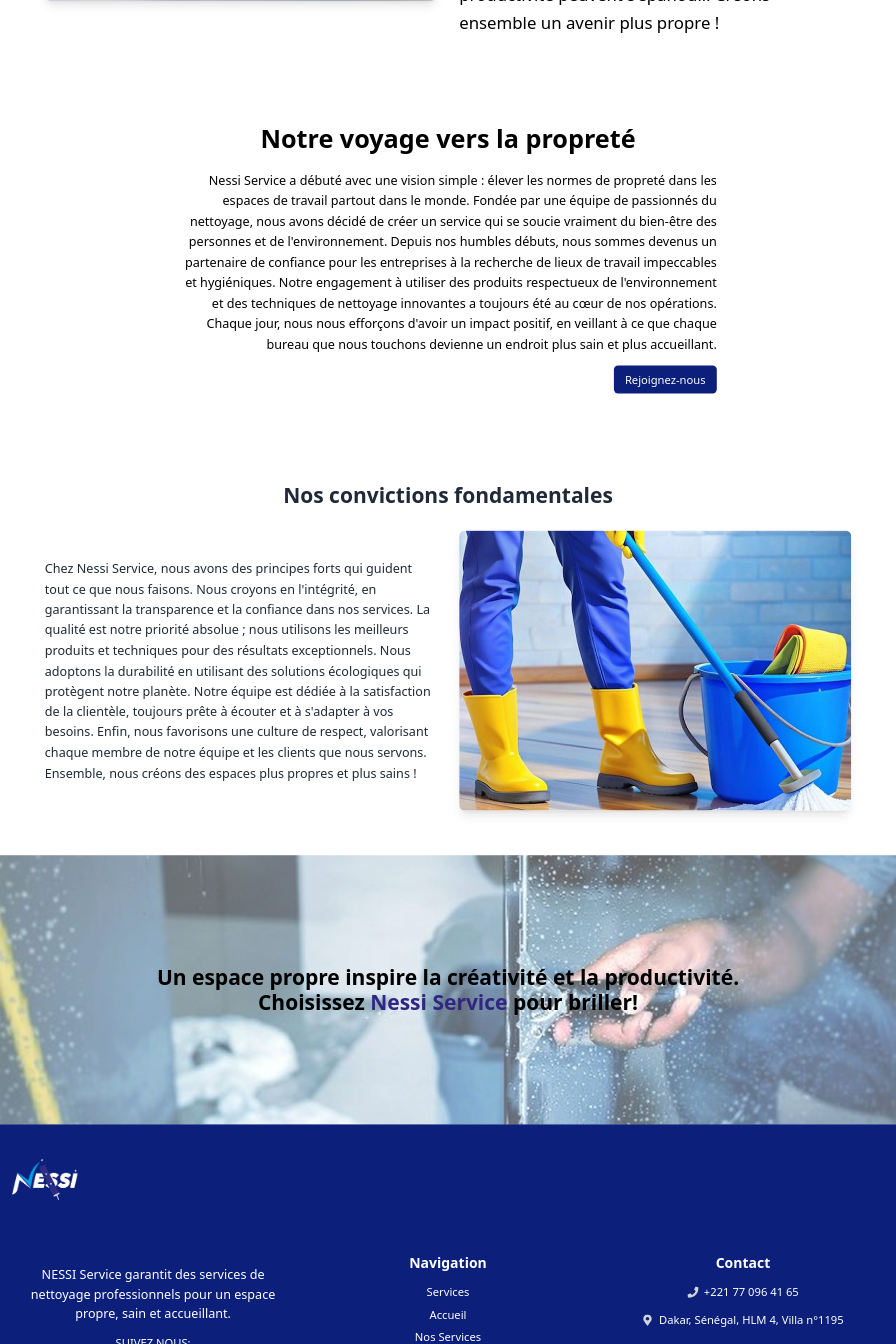
Repository: MDiouf9/Nessi
Page: /About
An editor plug-in stored every save of this project. The page is shown before and after a run of saves, followed by the edit.
The browser window is 1280 px wide. The pictures show the part of the page from y = 1290 to 3210 px (the page is 3352 px tall before and 3557 px after), at 70% of full size.
The project was rebuilt for these pictures with package versions that can differ from the ones it lists, and the page was loaded fresh each time. Also part of the build but not shown: vite.config.js, src/Global.css, src/App.css, src/Pages/Home.jsx, src/Pages/NotFound.jsx, src/components/Countries.jsx, src/Pages/Services.jsx, src/Pages/Contact.jsx.

Above is the page before, as saved 2025-03-10 18:46:32.

### src/main.jsx
import { StrictMode } from 'react'
import { createRoot } from 'react-dom/client'
import './index.css'
import './Global.css'
import App from './App.jsx'

createRoot(document.getElementById('root')).render(
  <StrictMode>
    <App />
  </StrictMode>,
)

### src/index.css
@tailwind base;
@tailwind components;
@tailwind utilities;
























/* :root {
  font-family: Inter, system-ui, Avenir, Helvetica, Arial, sans-serif;
  line-height: 1.5;
  font-weight: 400;

  color-scheme: light dark;
  color: rgba(255, 255, 255, 0.87);
  background-color: #242424;

  font-synthesis: none;
  text-rendering: optimizeLegibility;
  -webkit-font-smoothing: antialiased;
  -moz-osx-font-smoothing: grayscale;
}

a {
  font-weight: 500;
  color: #646cff;
  text-decoration: inherit;
}
a:hover {
  color: #535bf2;
}

body {
  margin: 0;
  display: flex;
  place-items: center;
  min-width: 320px;
  min-height: 100vh;
}

h1 {
  font-size: 3.2em;
  line-height: 1.1;
}

button {
  border-radius: 8px;
  border: 1px solid transparent;
  padding: 0.6em 1.2em;
  font-size: 1em;
  font-weight: 500;
  font-family: inherit;
  background-color: #1a1a1a;
  cursor: pointer;
  transition: border-color 0.25s;
}
button:hover {
  border-color: #646cff;
}
button:focus,
button:focus-visible {
  outline: 4px auto -webkit-focus-ring-color;
}

@media (prefers-color-scheme: light) {
  :root {
    color: #213547;
    background-color: #ffffff;
  }
  a:hover {
    color: #747bff;
  }
  button {
    background-color: #f9f9f9;
  }
} */

### src/App.jsx

import { BrowserRouter , Routes, Route  } from "react-router-dom"
// import reactLogo from './assets/react.svg'
// import viteLogo from '/vite.svg'
import './App.css'
import Home from './Pages/Home'
import NotFound from './Pages/NotFound'
import About from './Pages/About'
import Countries from './components/Countries'
import Services from './Pages/Services'
import Contact from './Pages/Contact'


function App() {

  return (
    <>
     <BrowserRouter>
      <Routes>
        <Route path="/"  element={<Home />} />
        <Route path='/About' element={<About/>} />
        <Route path='/Services' element={<Services/>} />
        <Route path='/Contact' element={<Contact/>} />
        <Route path='/Countries' element={<Countries/>} />
        <Route path='*' element={<NotFound/>} />
      </Routes>
    </BrowserRouter>

    </>
  )
}

export default App

### src/Pages/About.jsx

import Header from '../components/Header'
import SectionWithImage from '../components/Sectionlesft'
import regulier from "../assets/fememenage.png";
import propre from "../assets/mrpropre.png";
import SectionWithTitle from '../components/SectionTitle';
import OurJourneySection from '../components/SectionTexte';
import laveur from "../assets/laveur vitre.png";
import Footer from '../components/Footer';


const About = () => {
  return (
    <div>

        <Header/>
        <section className="bg-[#312783] text-white py-16 flex justify-center items-center">
      <h1 className="text-4xl md:text-6xl font-bold">PURE EXCELLENCE</h1>
    </section>
    {/* section 2 */}
    <section className=" text-white py-16 flex justify-center items-center">
      <h1 className="text-4xl md:text-6xl font-bold"> <section className=" text-black py-16 flex justify-center items-center">
      <h1 className="text-4xl md:text-6xl font-bold text-center">Engagé pour votre espace <br /> propre !</h1>
    </section></h1>
    </section>

        <SectionWithImage
             imageSrc={regulier} // Image à afficher
             altText="Nettoyage en action" // Texte alternatif
             title="" // Titre de la section
             content="Chez Nessi Service, nous pensons qu’un espace de travail propre conduit à des équipes plus heureuses et plus productives. Notre objectif est de fournir des services de nettoyage de premier ordre adaptés à vos besoins uniques. Nous sommes fiers d’utiliser des techniques modernes et des produits respectueux de l’environnement, garantissant que votre bureau non seulement a fière allure, mais favorise également un environnement sain. Avec notre équipe dévouée d’experts en nettoyage, nous promettons de transformer votre espace de travail en un espace frais et accueillant où la créativité et la productivité peuvent s’épanouir. Créons ensemble un avenir plus propre !"
           />

<OurJourneySection />


<SectionWithTitle
  imageSrc={propre}
  altText="Nettoyage professionnel"
  title="Nos convictions fondamentales"
  content=" Chez Nessi Service, nous avons des principes forts qui guident tout ce que nous faisons. Nous croyons en l'intégrité, en garantissant la transparence et la confiance dans nos services. La qualité est notre priorité absolue ; nous utilisons les meilleurs produits et techniques pour des résultats exceptionnels. Nous adoptons la durabilité en utilisant des solutions écologiques qui protègent notre planète. Notre équipe est dédiée à la satisfaction de la clientèle, toujours prête à écouter et à s'adapter à vos besoins. Enfin, nous favorisons une culture de respect, valorisant chaque membre de notre équipe et les clients que nous servons. Ensemble, nous créons des espaces plus propres et plus sains !"
/>


<section className="relative bg-cover bg-center py-16 h-96 flex items-center justify-center"
      style={{ backgroundImage: `url(${laveur})` }}>

      {/* Overlay transparent */}
      <div className="absolute inset-0 bg-white bg-opacity-40"></div>

      {/* Texte au milieu */}
      <h2 className="relative text-2xl md:text-3xl font-bold text-black text-center px-6">
        Un espace propre inspire la créativité et la productivité.
        <br />Choisissez <span className="text-[#312783]">Nessi Service</span> pour briller!
      </h2>

    </section>
  <Footer/>
    </div>
  )
}

export default About

### src/components/Header.jsx
import  { useState } from "react";
import { Link } from "react-router-dom";
import logo from "../assets/logo1.png";

const navLinks = [
  { name: "Accueil", path: "/" },
  { name: "À propos", path: "/about" },
  { name: "Nos services", path: "/services" },
  { name: "Contact", path: "/contact" }
];

const Header = () => {
  const [isMenuOpen, setIsMenuOpen] = useState(false); // État pour gérer l'ouverture du menu mobile

  return (
    <header className="bg-[#312783] text-white p-4 shadow-lg">
      <div className="container mx-auto flex justify-between items-center">
        {/* Logo */}
        <img src={logo} alt="Logo" className="h-20" />

        {/* Menu burger pour mobile */}
        <button
          className="lg:hidden text-white text-2xl"
          onClick={() => setIsMenuOpen(!isMenuOpen)}
          aria-label="Toggle Menu"
        >
          {isMenuOpen ? (
            <span>&#10005;</span>  // Croix de fermeture du menu
          ) : (
            <span>&#9776;</span>  // Icône hamburger
          )}
        </button>

        {/* Navigation */}
        <nav className={`lg:flex ${isMenuOpen ? "block" : "hidden"} lg:bg-transparent bg-[#312783]`}>
          <ul className="lg:flex lg:space-x-8 flex-col lg:flex-row space-y-4 lg:space-y-0 p-6 lg:p-0">
            {navLinks.map((link, index) => (
              <li key={index} className="relative">
                <Link
                  to={link.path}
                  className="hover:text-gray-300 text-lg transition-colors duration-300 ease-in-out"
                >
                  {link.name}
                </Link>
                {/* Ajouter une barre sous le lien actif */}
              </li>
            ))}
          </ul>
        </nav>
      </div>


    </header>
  );
};

export default Header;

### src/components/Footer.jsx
import { FaFacebook, FaInstagram, FaLinkedin, FaTwitter, FaPhone, FaMapMarkerAlt, FaEnvelope } from "react-icons/fa";
import logo from "../assets/logo1.png";

const Footer = () => {
  return (
    <div>
        <footer className="bg-[#0B1F7B] text-white py-10">
    <div className="flex ">
          <img src={logo} alt="Logo" className="h-28" />
        </div>
      <div className="container mx-auto px-6">


        {/* Première section */}
        <div className="flex flex-col lg:flex-row justify-between items-start mt-8 gap-8">
          {/* Première colonne */}
          <div className="lg:w-1/3 flex flex-col items-center text-center">
            <p className="mt-4 text-lg">
              NESSI Service garantit des services de nettoyage professionnels pour un espace propre, sain et accueillant.
            </p>
            <h2 className="py-4">SUIVEZ NOUS:</h2>
            <div className="mt-4 flex space-x-4">

              <a href="#" className="text-gray-300 hover:text-white">
                <FaFacebook size={24} />
              </a>
              <a href="#" className="text-gray-300 hover:text-white">
                <FaInstagram size={24} />
              </a>
              <a href="#" className="text-gray-300 hover:text-white">
                <FaLinkedin size={24} />
              </a>
              <a href="#" className="text-gray-300 hover:text-white">
                <FaTwitter size={24} />
              </a>
            </div>
          </div>

          {/* Deuxième colonne */}
          <div className="lg:w-1/3 flex flex-col items-center">
            <h3 className="text-xl font-bold">Navigation</h3>
            <ul className="mt-4 space-y-2 text-center">
              <li><a href="/services" className="hover:text-gray-300">Services</a></li>
              <li><a href="/" className="hover:text-gray-300">Accueil</a></li>
              <li><a href="/services" className="hover:text-gray-300">Nos Services</a></li>
              <li><a href="/about" className="hover:text-gray-300">À propos de nous</a></li>
            </ul>
          </div>

          {/* Troisième colonne */}
          <div className="lg:w-1/3 flex flex-col items-center">
            <h3 className="text-xl font-bold">Contact</h3>
            <ul className="mt-4 space-y-4 text-center">
              <li className="flex items-center justify-center gap-2">
                <FaPhone className="text-gray-300" />
                +221 77 096 41 65
              </li>
              <li className="flex items-center justify-center gap-2">
                <FaMapMarkerAlt className="text-gray-300" />
                Dakar, Sénégal, HLM 4, Villa n°1195
              </li>
              <li className="flex items-center justify-center gap-2">
                <FaEnvelope className="text-gray-300" />
                <a href="mailto:nessiservice@gmail.com" className="hover:text-gray-300">nessiservice@gmail.com</a>
              </li>
            </ul>
          </div>
        </div>

        {/* Texte footer avec mentions légales et copyright */}

      </div>
    </footer>
    <div className="mx-2   py-2 ">
          <p className="text-sm">Mentions légales  Conditions de confidentialité @Bysouadou © 2024 NESSI Service. Tous droits réservés.


          </p>
        </div>
         </div>
  );
};

export default Footer;

### src/components/Sectionlesft.jsx
const SectionWithImage = ({ imageSrc, altText, title, content }) => {
    return (
      <section className="bg-white py-16 px-6 md:px-16">
        <div className="container mx-auto flex flex-col md:flex-row items-center gap-8">
          {/* Image à gauche */}
          <div className="md:w-1/2 flex justify-aound items-center">
            <img src={imageSrc} alt={altText} className="w-full h-full max-h-[500px] object-center  rounded-lg shadow-lg" />
          </div>

          {/* Texte à droite */}
          <div className="md:w-1/2 flex flex-col justify-center h-full">
            <h2 className="text-3xl font-bold mb-4">{title}</h2>
            <p className="text-2xl leading-relaxed">{content}</p>
          </div>
        </div>
      </section>
    );
  };

  export default SectionWithImage;

### src/components/SectionTitle.jsx
const SectionWithTitle = ({ imageSrc, altText, title, content }) => {
    return (
      <section className="bg-white py-16 px-6 md:px-16">
        <div className="container mx-auto text-center mb-8">
          <h2 className="text-3xl font-bold text-gray-800">{title}</h2>
        </div>

        <div className="container mx-auto flex flex-col md:flex-row items-center gap-8">
          {/* Texte à gauche */}
          <div className="md:w-1/2 flex flex-col justify-center h-full text-gray-800">
            <p className="text-lg leading-relaxed">{content}</p>
          </div>

          {/* Image à droite */}
          <div className="md:w-1/2 flex justify-center items-center">
            <img src={imageSrc} alt={altText} className="w-full h-full max-h-[400px] object-cover rounded-lg shadow-lg" />
          </div>
        </div>
      </section>
    );
  };

  export default SectionWithTitle;

### src/components/SectionTexte.jsx
const OurJourneySection = () => {
    return (
      <section className="text-black py-16 px-6 md:px-16">
        <div className="container mx-auto text-center">
          {/* Titre */}
          <h2 className="text-4xl font-bold mb-6">Notre voyage vers la propreté</h2>

          {/* Texte + bouton aligné à gauche */}
          <div className="max-w-3xl mx-auto text-right">
            <p className="text-lg leading-relaxed">
              Nessi Service a débuté avec une vision simple : élever les normes de propreté dans les espaces de travail partout dans le monde.
              Fondée par une équipe de passionnés du nettoyage, nous avons décidé de créer un service qui se soucie vraiment du bien-être des personnes et de l'environnement.
              Depuis nos humbles débuts, nous sommes devenus un partenaire de confiance pour les entreprises à la recherche de lieux de travail impeccables et hygiéniques.
              Notre engagement à utiliser des produits respectueux de l'environnement et des techniques de nettoyage innovantes a toujours été au cœur de nos opérations.
              Chaque jour, nous nous efforçons d'avoir un impact positif, en veillant à ce que chaque bureau que nous touchons devienne un endroit plus sain et plus accueillant.
            </p>

            {/* Bouton aligné à gauche */}
            <div className="mt-4">
              <button className="bg-[#0B1F7B] px-4 py-2 text-white rounded-md">Rejoignez-nous</button>
            </div>
          </div>
        </div>
      </section>
    );
  };

  export default OurJourneySection;

Loaded but not shown: index.html (common file); tailwind.config.js (common file)

After the next 5 saves:
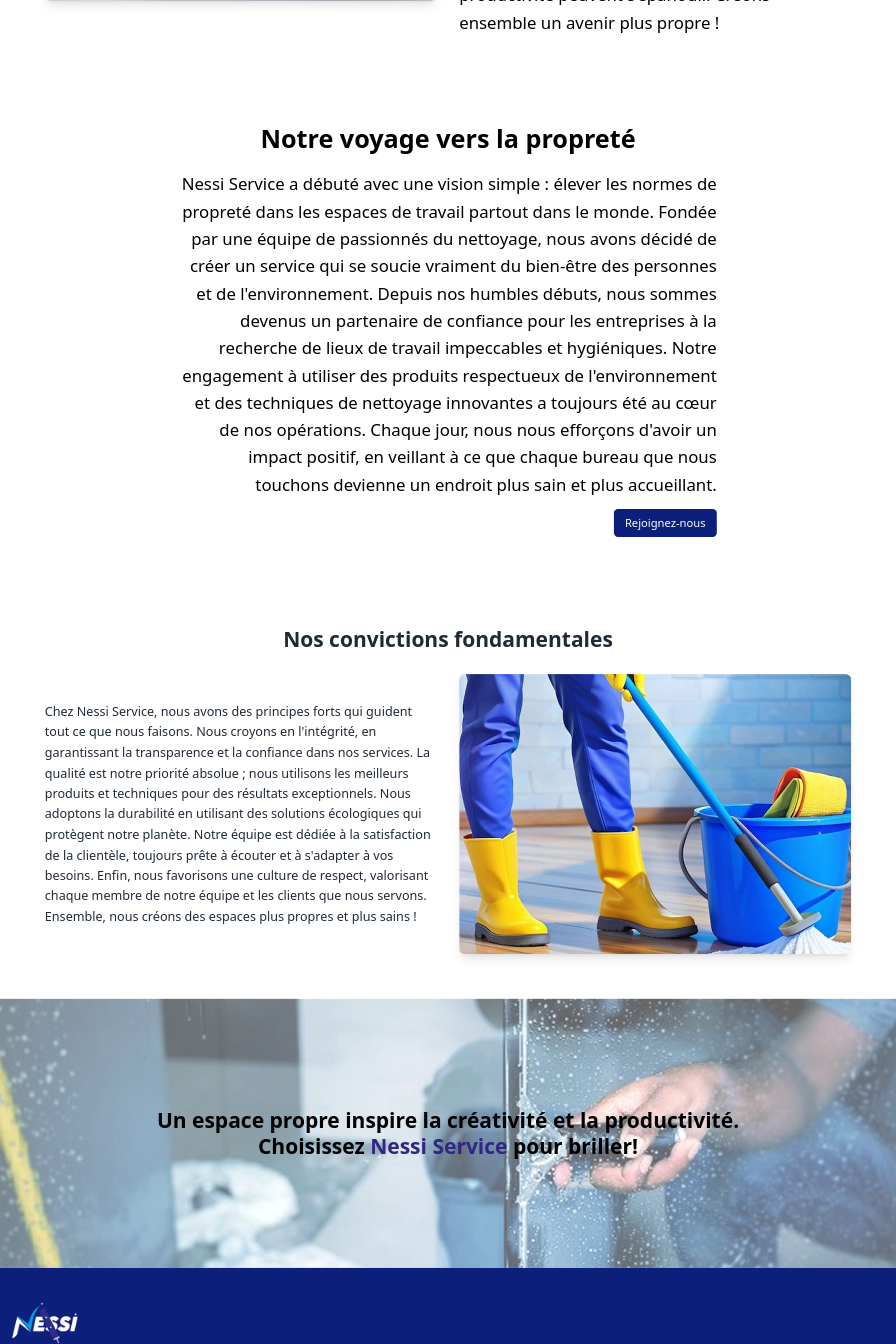
The 5 saves are shown as one change because they came seconds apart.
The last was saved 106 s later.
--- a/src/components/SectionTexte.jsx
+++ b/src/components/SectionTexte.jsx
@@ -7,7 +7,7 @@
 
           {/* Texte + bouton aligné à gauche */}
           <div className="max-w-3xl mx-auto text-right">
-            <p className="text-lg leading-relaxed">
+            <p className="text-2xl leading-relaxed">
               Nessi Service a débuté avec une vision simple : élever les normes de propreté dans les espaces de travail partout dans le monde.
               Fondée par une équipe de passionnés du nettoyage, nous avons décidé de créer un service qui se soucie vraiment du bien-être des personnes et de l'environnement.
               Depuis nos humbles débuts, nous sommes devenus un partenaire de confiance pour les entreprises à la recherche de lieux de travail impeccables et hygiéniques.
